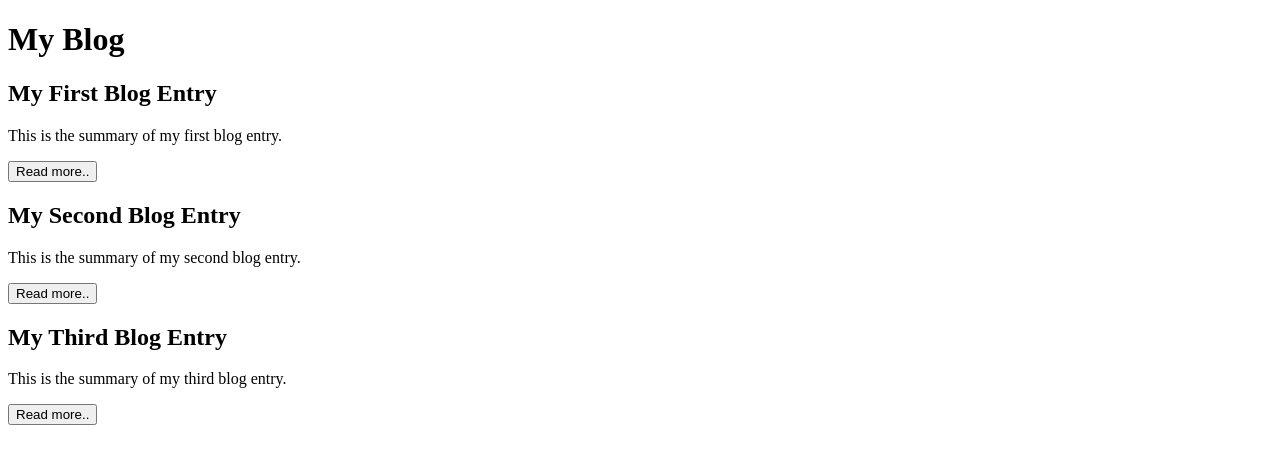
Repository: deniseada/class1
Page: /
These files come from the project's save history. The page is drawn as it stood at one moment and after the next save; the edit follows.
The browser window is 1280 px wide. The pictures show the whole page.
The project was rebuilt for these pictures with package versions that can differ from the ones it lists, and the page was loaded fresh each time. Also part of the build but not shown: vite.config.js, src/index.css.

Above is the page before, as saved 2025-09-10 13:54:08.

After the next save:
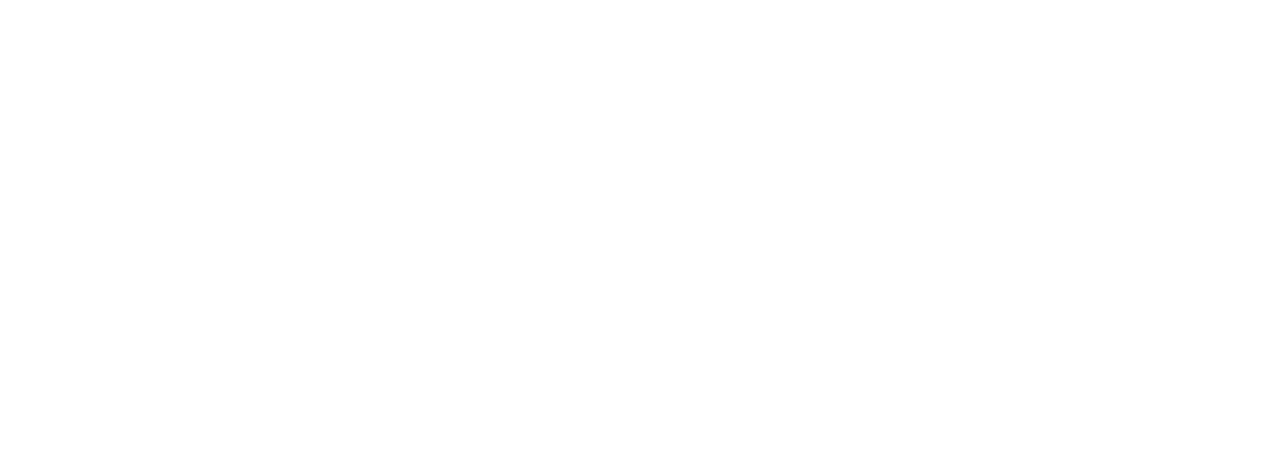
Console error: ReferenceError: BlogEntry is not defined
Saved 2 s later.
--- a/src/App.jsx
+++ b/src/App.jsx
@@ -18,15 +18,4 @@
   );
 }
 
-function BlogEntry(props) {
-  const buttonLabel = "Read more..";
-  return (
-    <div>
-      <h2>{props.title}</h2>
-      <p>{props.summary}</p>
-      <button>{buttonLabel}</button>
-    </div>
-  );
-}
-
 export default App;

After the save that followed:
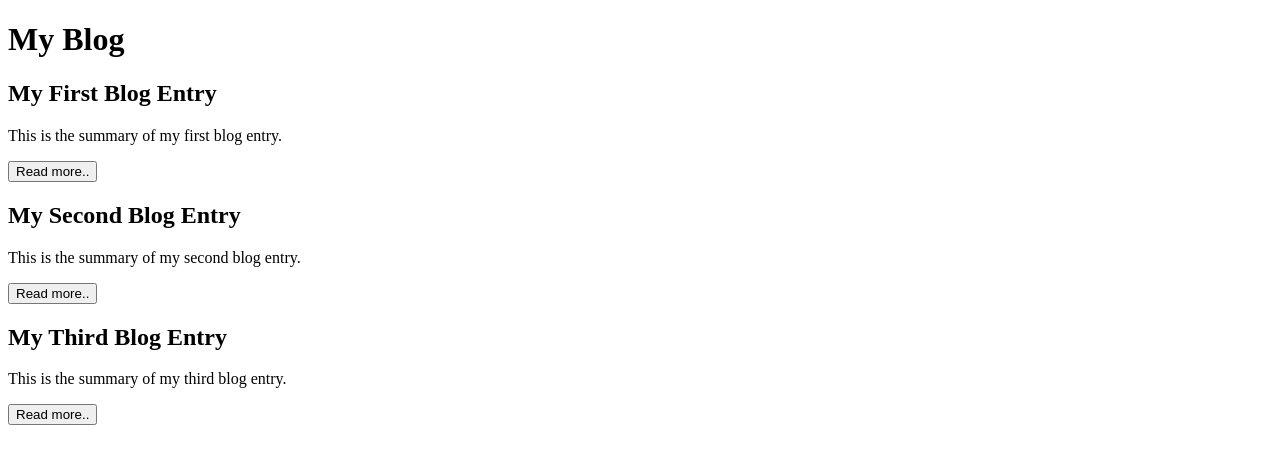
The error is gone.
Saved 56 s later.
--- a/src/App.jsx
+++ b/src/App.jsx
@@ -1,3 +1,5 @@
+import BlogEntry from "./BlogEntry";
+
 function App() {
   return (
     <div>
